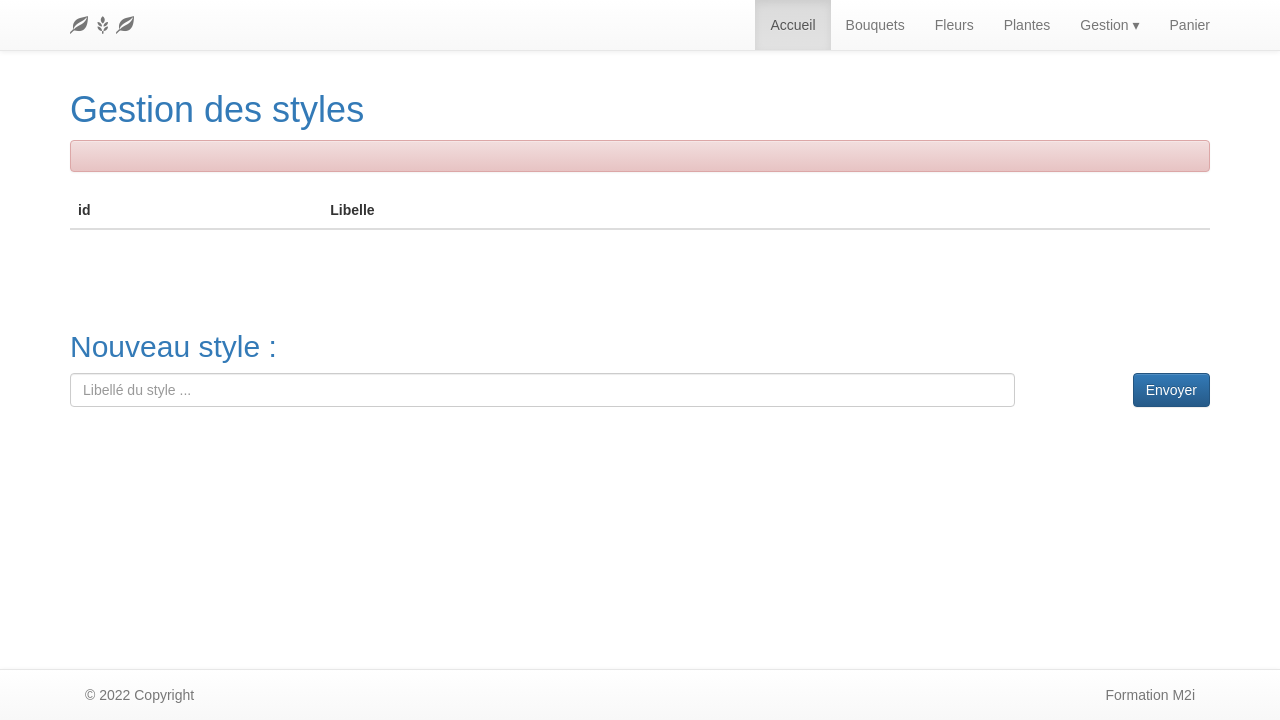
Repository: JeremT8/JavaFleuristeProject
Page: tp-fleuriste/src/main/webapp/saisons.html
An editor plug-in stored every save of this project. The page is shown before and after the next save, followed by the edit.
The browser window is 1280 px wide. The pictures show the whole page.
The page's requests for data from a server got no answer. Some web libraries are served in a nearby version.

Above is the page before, as saved 2022-05-16 13:54:15.

After the next save:
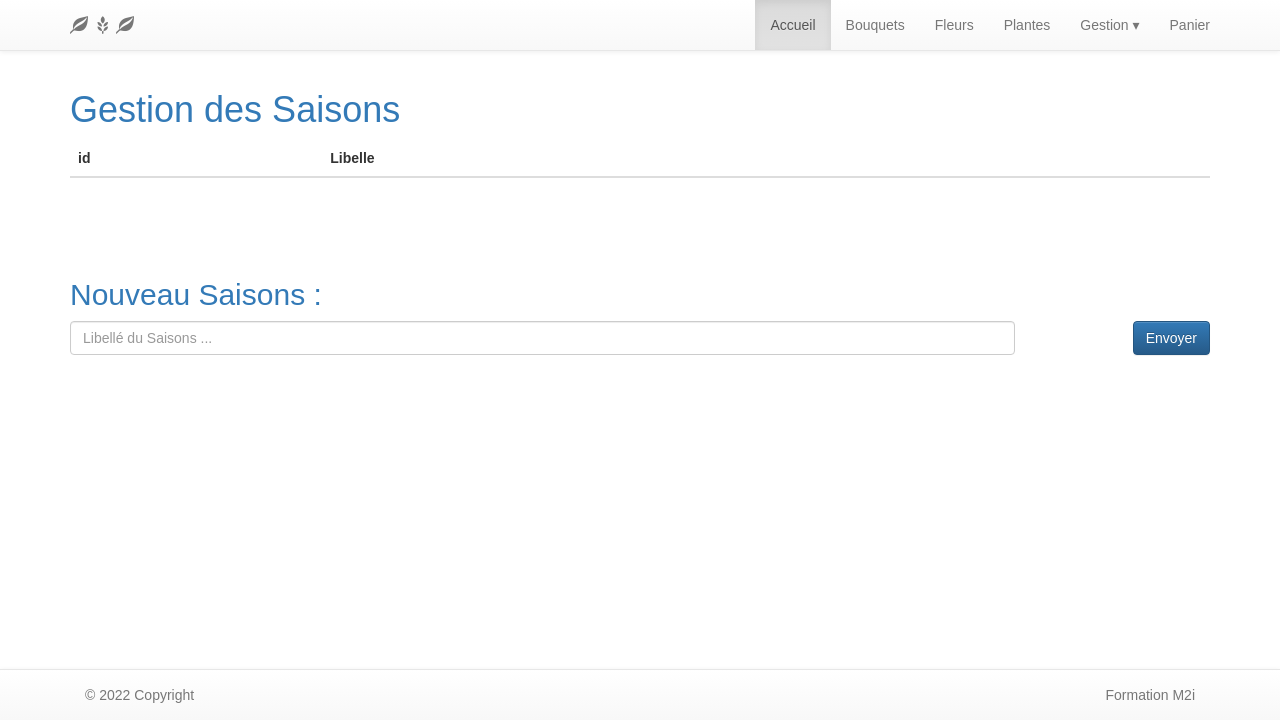
Saved 2 min 45 s later.
--- a/tp-fleuriste/src/main/webapp/saisons.html
+++ b/tp-fleuriste/src/main/webapp/saisons.html
@@ -67,9 +67,9 @@
 
 
 	<div class="container">
-		<h1 class="bleu">Gestion des styles</h1>
+		<h1 class="bleu">Gestion des Saisons</h1>
 
-		<div class="alert alert-danger" id="errorStyle"></div>
+		<div class="alert alert-danger" id="errorSaisons"></div>
 
 		<table class="table table-hover table-striped">
 			<thead>
@@ -86,16 +86,16 @@
 		</table>
 
 		<br> <br> <br>
-		<h2 class="bleu">Nouveau style :</h2>
+		<h2 class="bleu">Nouveau Saisons :</h2>
 		<div>
 			<form class="form-horizontal">
 				<div class="form-group">
 					<div class="col-xs-10">
-						<input id="libelleStyle" placeholder="Libellé du style ..."
+						<input id="libelleSaisons" placeholder="Libellé du Saisons ..."
 							required class="form-control" />
 					</div>
 					<div class="col-xs-2">
-						<button type="button" id="bAjoutStyle"
+						<button type="button" id="bAjoutSaisons"
 							class="btn btn-primary pull-right">Envoyer</button>
 					</div>
 				</div>
